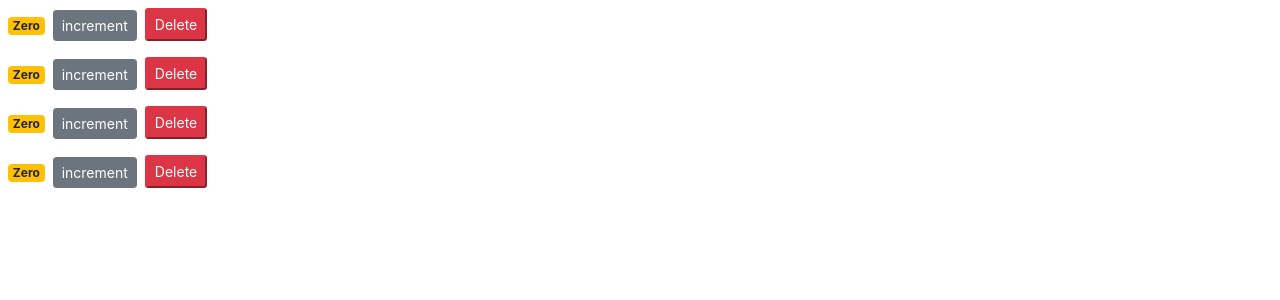
Repository: AvinashLikesToLearnNewStuff/Counter_app
Page: /
These files come from the project's save history. The page is drawn as it stood at one moment and after the next save; the edit follows.
The browser window is 1280 px wide. The pictures show the whole page.
The project was rebuilt for these pictures with package versions that can differ from the ones it lists, and the page was loaded fresh each time. Also part of the build but not shown: src/components/navbar.jsx, src/App.css, src/App.js.

Above is the page before, as saved 2023-03-26 10:37:10.

### src/index.js
import React from "react";
import ReactDOM from "react-dom/client";
import "./index.css";
import App from "./App";
import reportWebVitals from "./reportWebVitals";
import Counters from "./components/counters";
import "bootstrap/dist/css/bootstrap.css";

const root = ReactDOM.createRoot(document.getElementById("root"));
root.render(
  <React.StrictMode>
    <Counters />
  </React.StrictMode>
);

// If you want to start measuring performance in your app, pass a function
// to log results (for example: reportWebVitals(console.log))
// or send to an analytics endpoint. Learn more: https://bit.ly/CRA-vitals
reportWebVitals();

### src/components/counters.jsx
import React, { Component } from "react";
import Counter from "./counter";

class Counters extends Component {
  state = {
    counters: [
      { id: 1, value: 0 },
      { id: 2, value: 0 },
      { id: 3, value: 0 },
      { id: 4, value: 0 },
    ],
  };
  handleDelete = (counterId) => {
    const counters = this.state.counters.filter((c) => c.id != counterId);
    this.setState({ counters });
  };
  render() {
    return (
      <div>
        {this.state.counters.map((counter) => (
          <Counter
            key={counter.id}
            onDelete={this.handleDelete}
            counter={counter}
          >
            {/* <h4>Counter #{counter.id}</h4> */}
          </Counter>
        ))}
      </div>
    );
  }
}

export default Counters;

### src/components/counter.jsx
import React, { Component } from "react";

class Counter extends Component {
  state = {
    value: this.props.counter.value,
  };

  handleIncrement = () => {
    this.setState({ value: this.state.value + 1 });
  };

  doHandleIncrement = () => {
    this.handleIncrement({ id: 1 });
  };

  render() {
    return (
      <div>
        {this.props.children}
        <span className={this.getBadgeClasses()}>{this.formatCount()}</span>
        <button
          onClick={this.handleIncrement}
          className="btn btn-secondary btn-sm"
        >
          increment
        </button>
        <button
          onClick={() => this.props.onDelete(this.props.counter.id)}
          className="btn-danger btn-sm m-2"
        >
          {" "}
          Delete{" "}
        </button>{" "}
      </div>
    );
  }
  getBadgeClasses() {
    let classes = "badge m-2 badge-";
    classes += this.state.value === 0 ? "warning" : "primary";
    return classes;
  }
  formatCount() {
    const { value: count } = this.state;
    return count === 0 ? "Zero" : count;
  }
}

export default Counter;

Loaded but not shown: public/index.html (common file); src/index.css (common file); src/reportWebVitals.js (common file)

After the next save:
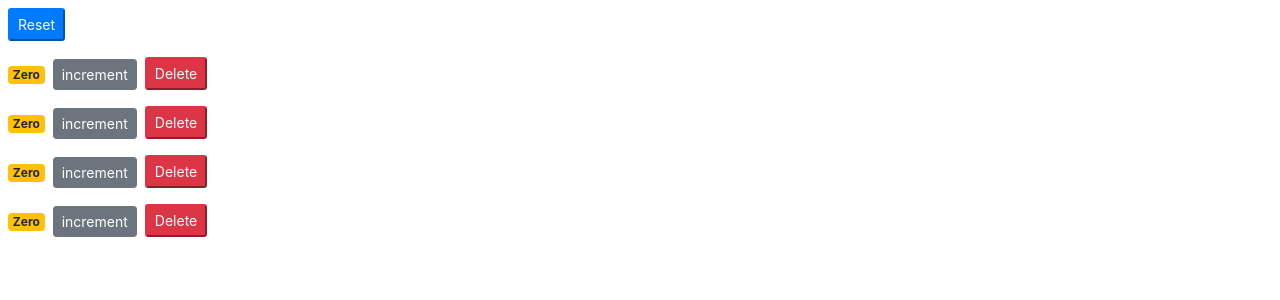
Saved 50 min 24 s later.
--- a/src/components/counters.jsx
+++ b/src/components/counters.jsx
@@ -17,6 +17,7 @@ class Counters extends Component {
   render() {
     return (
       <div>
+        <button className="btn-primary btn-sm m-2">Reset</button>
         {this.state.counters.map((counter) => (
           <Counter
             key={counter.id}
